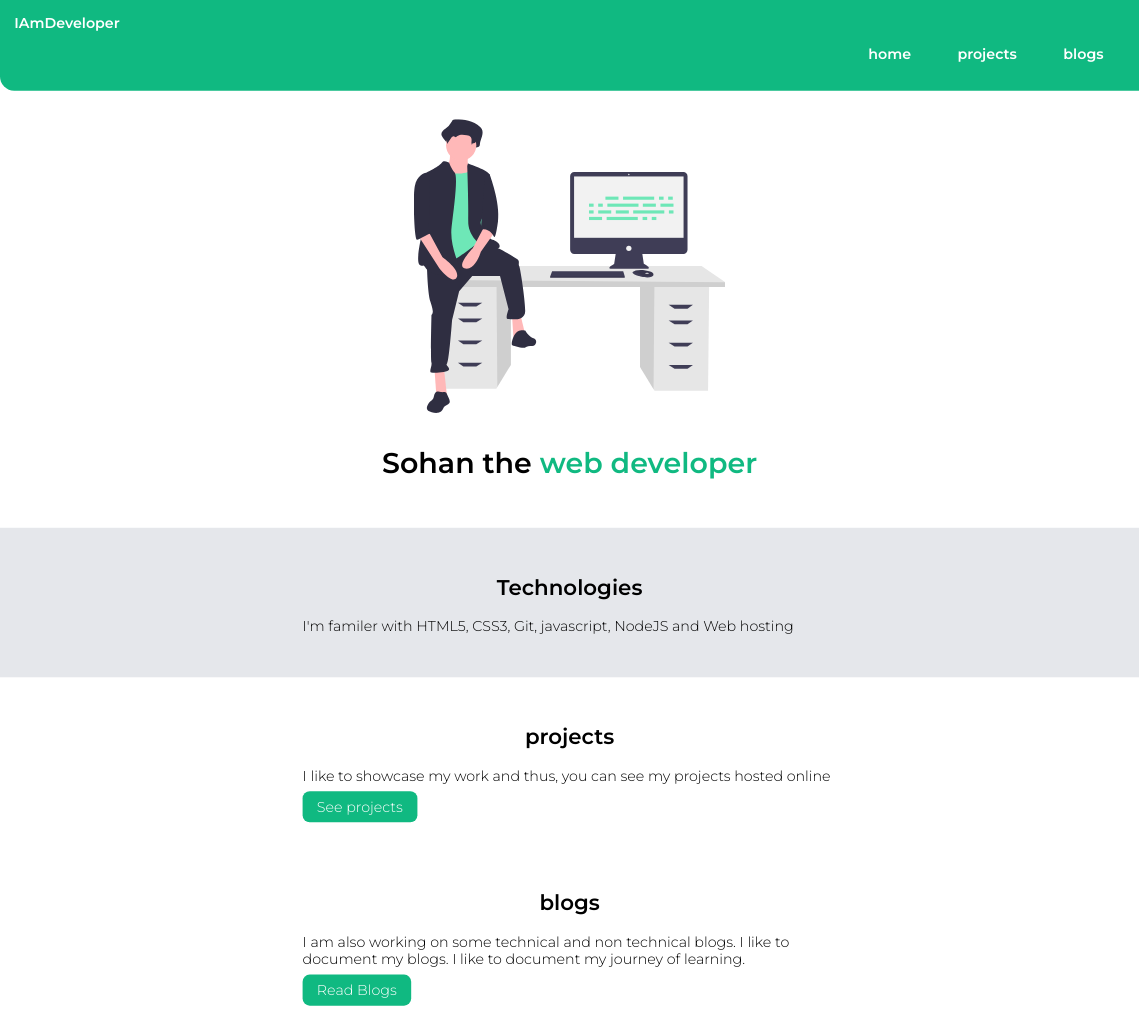
Repository: sohan2503001/Portfolio
Page: index.html
An editor plug-in stored every save of this project. The page is shown before and after the next save, followed by the edit.
The browser window is 1280 px wide. The pictures show the whole page, at 89% of full size.

Above is the page before, as saved 2021-03-27 19:01:47.

### index.html
<!DOCTYPE html>
<html lang="en">
<head>
    <meta charset="UTF-8">
    <meta name="viewport" content="width=device-width, initial-scale=1.0">
    <title>home | </title>
    <link rel="stylesheet" href="style.css">
</head>
<body>

    <nav class="navigation container">
        <div class="nav-brand">IAmDeveloper</div>
        <ul class="list-non-bullet nav-pills">
            <li class="list-item-inline">
                <a class="link link-active" href="">home</a>
            </li>
            <li class="list-item-inline">
                <a class="link link-active" href="">projects</a>
            </li>
            <li class="list-item-inline">
                <a class="link link-active" href="">blogs</a>
            </li>
        </ul>
    </nav>

    <header class="hero">
        <img class="hero-img" src="images/hero.svg" alt="" />
        <h1 class="hero-heading">Sohan the <span class="heading-inverted"> web developer</span></h1>
    </header>

    <section class="section ow">
        <div class="container container-center">
            <h1>Technologies</h1>
            <p>I'm familer with HTML5, CSS3, Git, javascript, NodeJS and Web hosting</p>
        </div>
    </section>

    <section class="section">
        <div class="container container-center">
            <h1>projects</h1>
            <p>I like to showcase my work and thus, you can see my projects hosted online</p>
            <a class="link link-primary" href="/">See projects</a>
        </div>
    </section>

    <section class="section">
        <div class="container container-center">
            <h1>blogs</h1>
            <p>I am also working on some technical and non technical blogs.
                I like to document my blogs. I like to document
                my journey of learning.</p>
            <a class="link link-primary" href="/">Read Blogs</a>
        </div>
    </section>

</body>
</html>

### style.css
@import url('https://fonts.googleapis.com/css2?family=Montserrat:wght@300;600&display=swap');

:root{
    --primary-color: #10B981;
    --dark-gray: #4B5563;
    --off-white:#E5E7EB;
}

body {
    font-family: 'Montserrat', sans-serif;
    margin: 0px;
}

hr{
    margin: 2rem 0rem;
}

/** container **/
.container{
    padding: 0rem 1rem;
}

.container-center{
    max-width: 600px;
    margin: auto;
}

/** links **/
.link{
    text-decoration: none;
    padding: 0.5rem 1rem;
}

.link-primary{
    background-color: var(--primary-color);
    border-radius: 0.5rem;
    color:white;
}

.link-secondary{
    color: var(--primary-color);
    border-radius: 0.5rem;
    border: 1px solid var(--primary-color);
}

/** lists **/

.list-non-bullet{
    list-style: none;
}

.list-item-inline{
    display: inline;
    padding: 0rem 0.5rem;
}

/** navigation **/

.navigation{
    background-color: var(--primary-color);
    color: white;
    padding: 1rem;
    border-bottom-left-radius: 1rem;
}

.navigation .nav-brand{
    font-weight: bold;
}

.navigation .nav-pills{
    text-align: right;
}

.navigation .link{
    color: white;
}

.navigation .link-active{
    font-weight: bold;
}

/**header **/

.hero{
    padding: 2rem;
}

.hero .hero-img{
    max-width: 350px;
    display: block;
    margin: auto;
}

.hero .hero-heading{
    padding-top: 1rem;
    color: var(--dark-red);
    text-align: center;
}

.hero .hero-heading .heading-inverted{
    color: var(--primary-color)
}

/** section **/
.section{
    padding: 2rem;
}

.section h1{
    text-align: center;
}

.ow {
    background-color: var(--off-white);
}

/**footer **/

.footer{
    background-color: var(--primary-color);
    padding: 2rem 1rem;
    text-align: center;
    color: white;
    border-top-right-radius: 1rem;
}

.footer .link{
    color: white;
}

.footer ul{
    padding-inline-start: 0px;
}

After the next save:
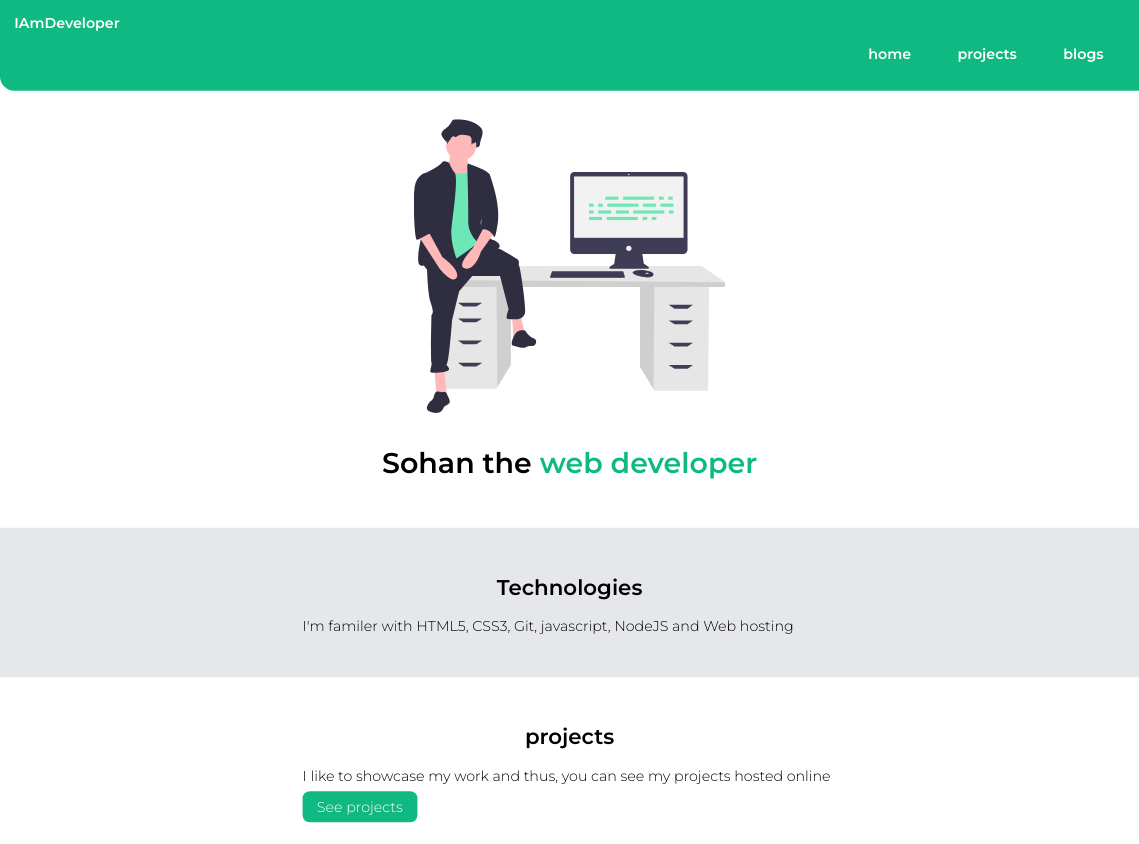
Saved 60 s later.
--- a/index.html
+++ b/index.html
@@ -43,15 +43,7 @@
         </div>
     </section>
 
-    <section class="section">
-        <div class="container container-center">
-            <h1>blogs</h1>
-            <p>I am also working on some technical and non technical blogs.
-                I like to document my blogs. I like to document
-                my journey of learning.</p>
-            <a class="link link-primary" href="/">Read Blogs</a>
-        </div>
-    </section>
+
 
 </body>
 </html>
